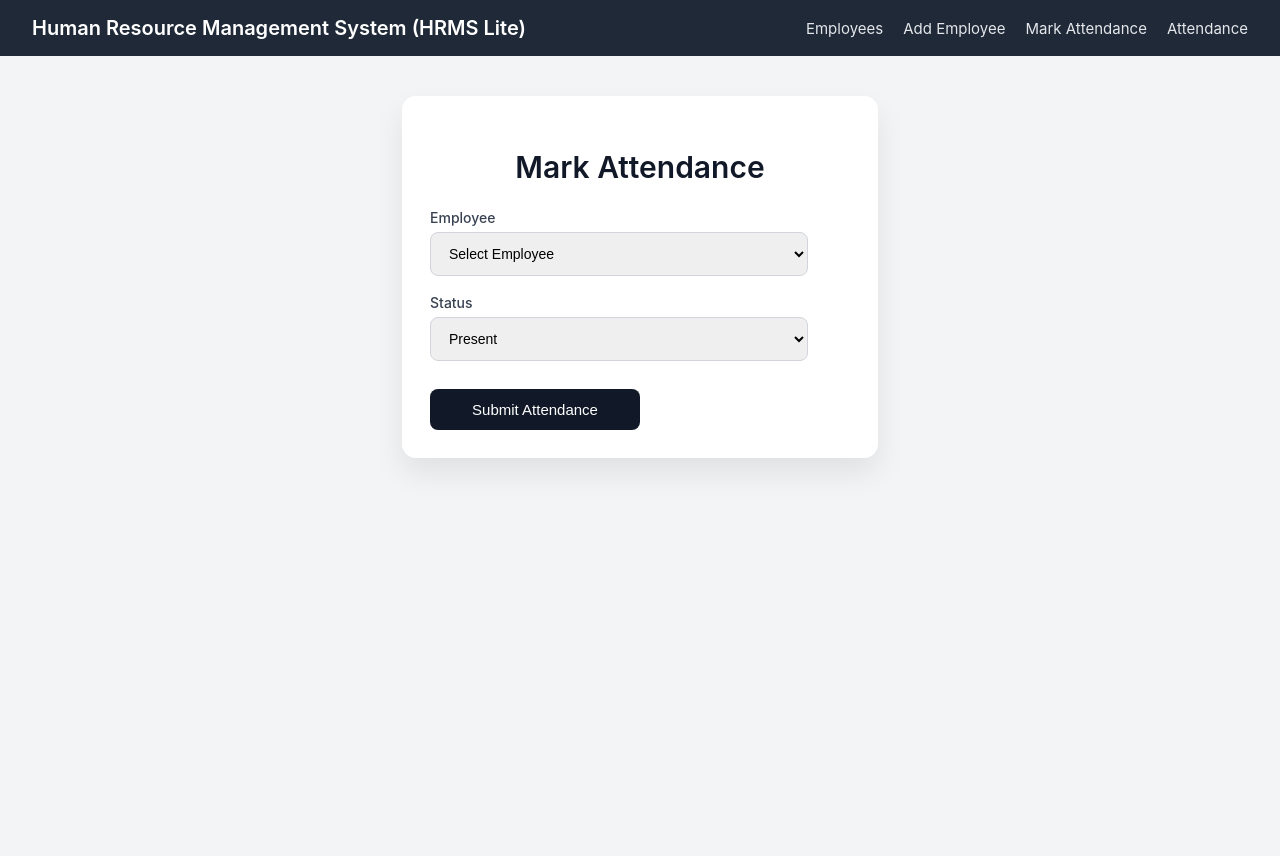
Repository: gautamsonam011/hrmsfrontend
Page: /attendance/add
An editor plug-in stored every save of this project. The page is shown before and after the next save, followed by the edit.
The browser window is 1280 px wide. The pictures show the whole page.
The page's requests for data from a server got no answer. The project was rebuilt for these pictures with package versions that can differ from the ones it lists, and the page was loaded fresh each time. No one was signed in, and anything a server would have sent is missing. Also part of the build but not shown: src/components/Loader.jsx, src/components/EmptyState.jsx, src/pages/Employees.jsx, src/pages/AddEmployee.jsx, src/components/ErrorState.jsx, src/pages/Attendance.jsx.

Above is the page before, as saved 2026-01-31 20:01:24.

After the next save:
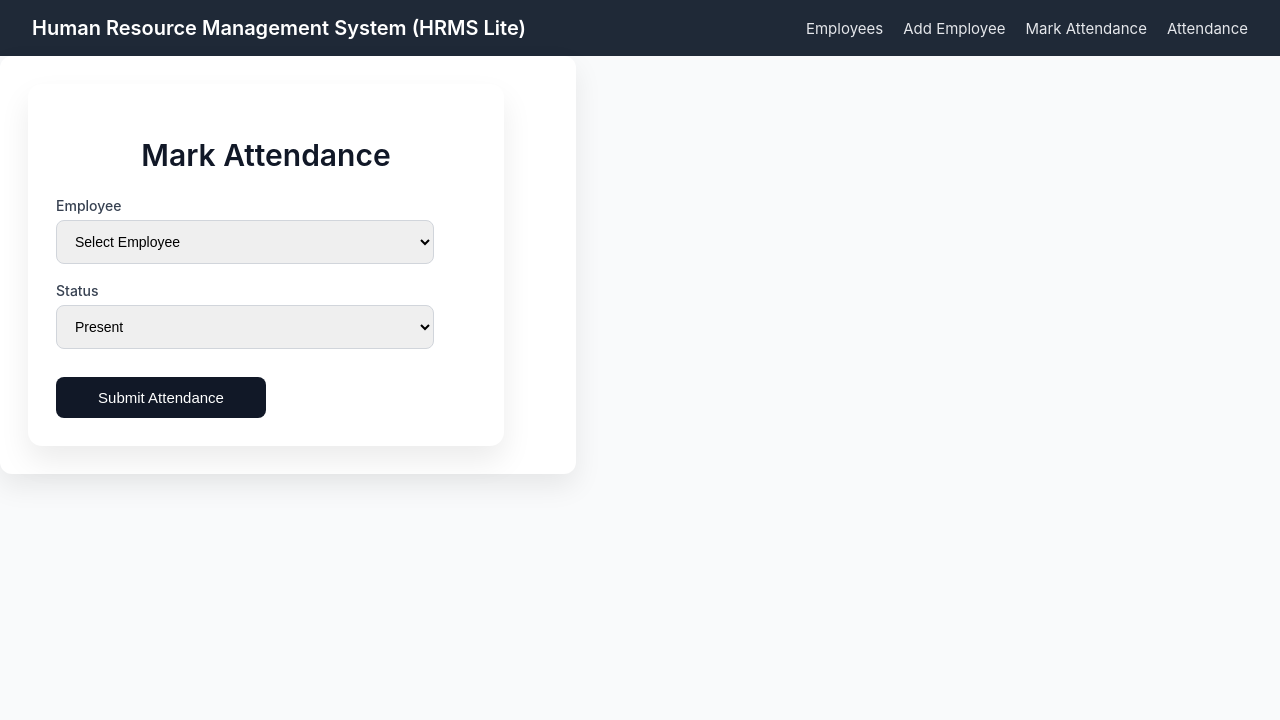
Saved 45 s later.
--- a/src/style.css
+++ b/src/style.css
@@ -168,12 +168,12 @@
 
 /* ===== Attendance Page ===== */
 .attendance-page {
-  min-height: 100vh;
-  background: #f3f4f6;
-  display: flex;
-  justify-content: center;
-  align-items: flex-start;
-  padding: 40px 16px;
+  background: #ffffff;
+  width: 100%;
+  max-width: 520px;
+  padding: 28px;
+  border-radius: 12px;
+  box-shadow: 0 12px 28px rgba(0, 0, 0, 0.08);
 }
 
 /* Card */

After the save that followed:
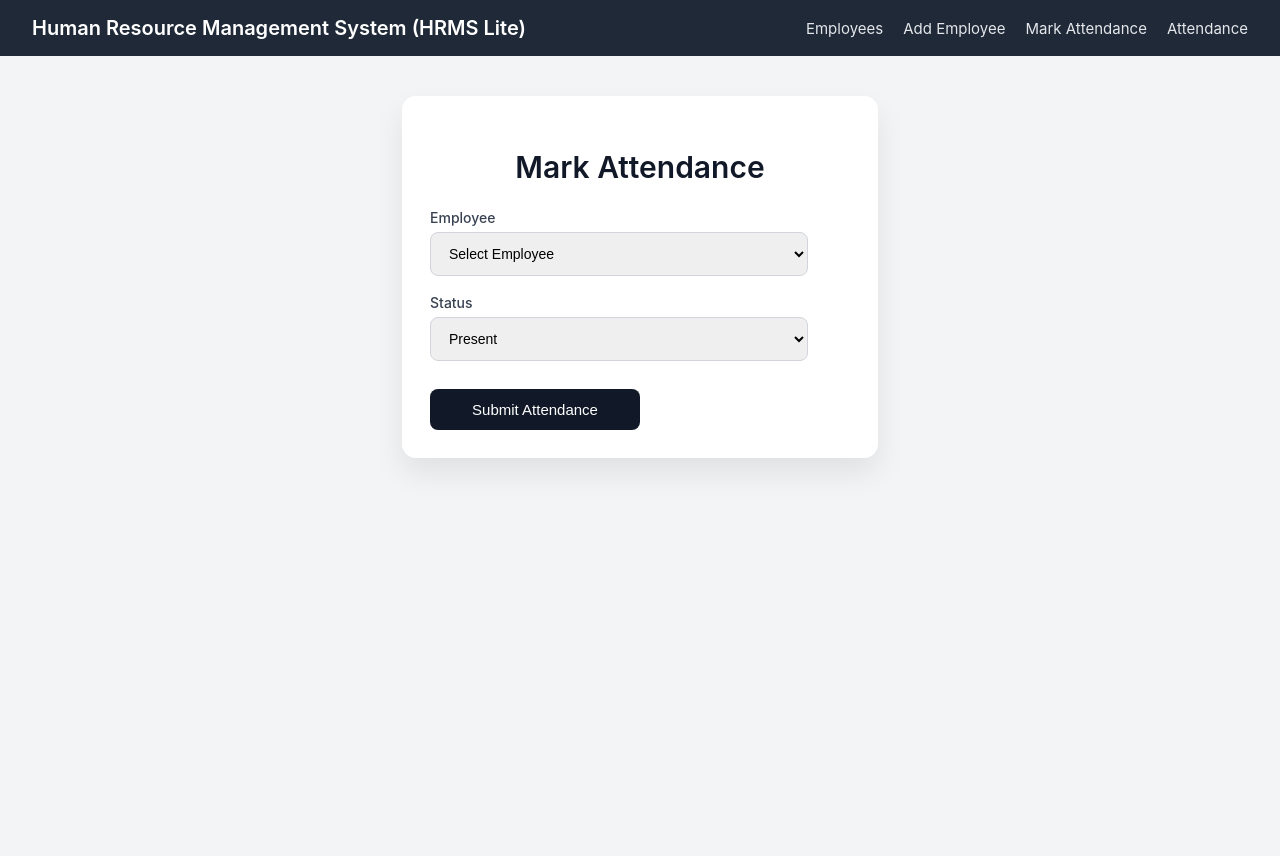
Saved 14 s later.
--- a/src/style.css
+++ b/src/style.css
@@ -168,12 +168,12 @@
 
 /* ===== Attendance Page ===== */
 .attendance-page {
-  background: #ffffff;
-  width: 100%;
-  max-width: 520px;
-  padding: 28px;
-  border-radius: 12px;
-  box-shadow: 0 12px 28px rgba(0, 0, 0, 0.08);
+  min-height: 100vh;
+  background: #f3f4f6;
+  display: flex;
+  justify-content: center;
+  align-items: flex-start;
+  padding: 40px 16px;
 }
 
 /* Card */
